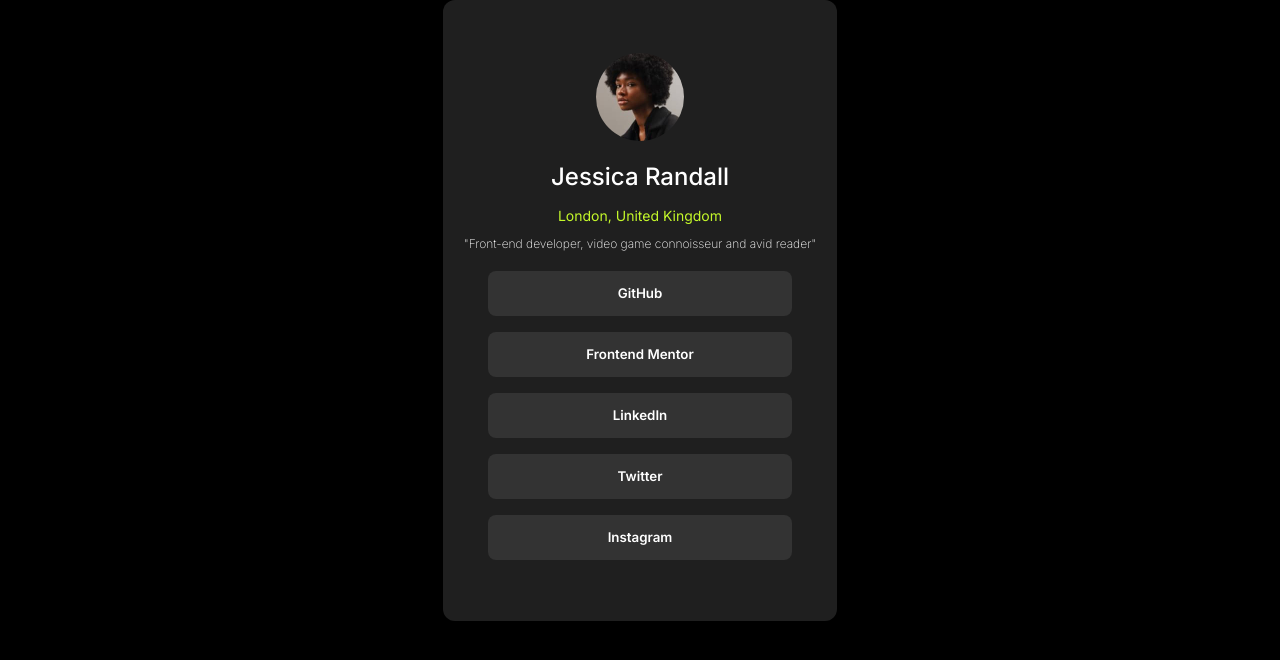
Repository: brandontaylor1/social-links-profile
Page: index.html
The author's editor kept a copy of each file at every save. The page is drawn from the files as they stood at one save, then again after the next save.
The browser window is 1280 px wide. The pictures show the whole page.

Above is the page before, as saved 2024-12-25 17:54:37.

After the next save:
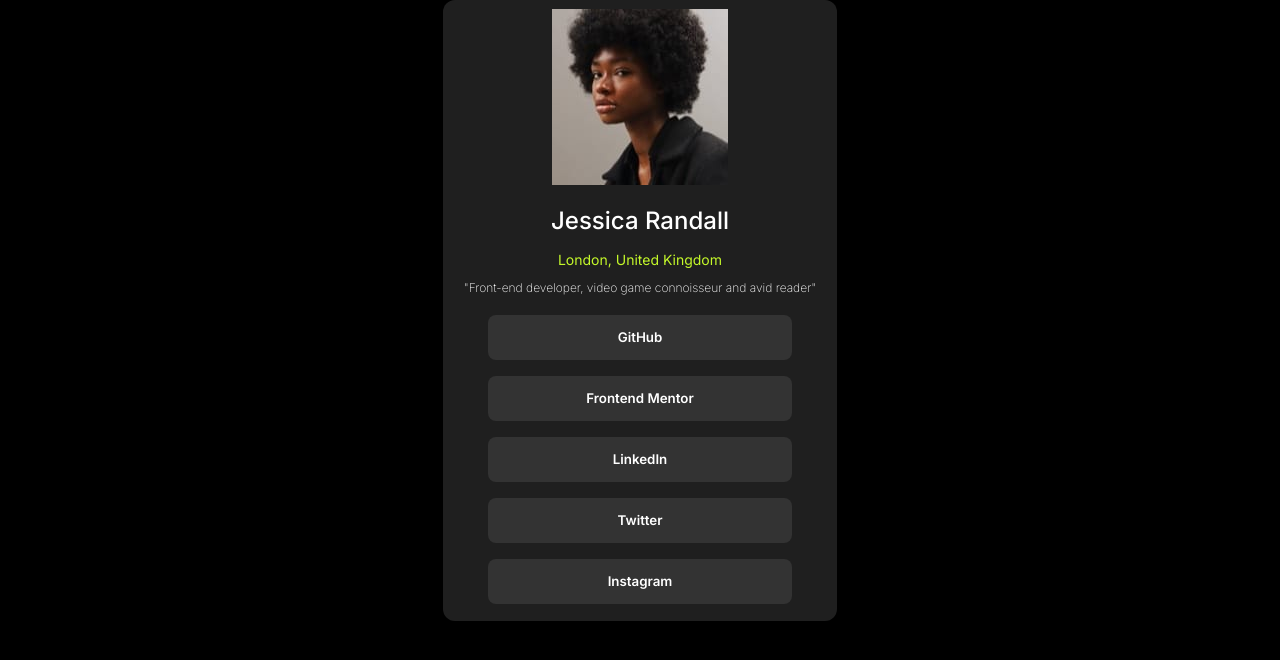
Saved 13 s later.
--- a/styles.css
+++ b/styles.css
@@ -35,6 +35,8 @@
     align-items: center;
     text-align: center;
 }
+
+.profile-te
 
 .profile-pic {
     width: 88px;

After the 2 saves that followed:
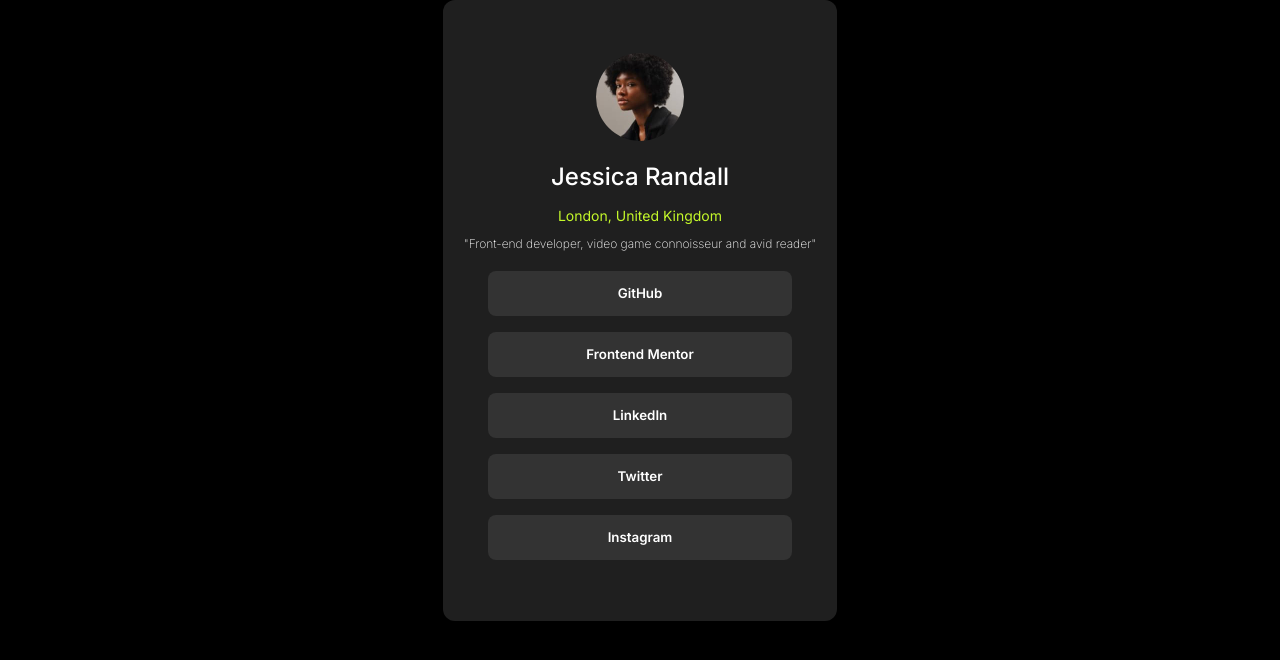
The 2 saves are shown as one change because they came seconds apart.
The last was saved 14 s later.
--- a/styles.css
+++ b/styles.css
@@ -36,7 +36,9 @@
     text-align: center;
 }
 
-.profile-te
+.profile-content {
+
+}
 
 .profile-pic {
     width: 88px;
